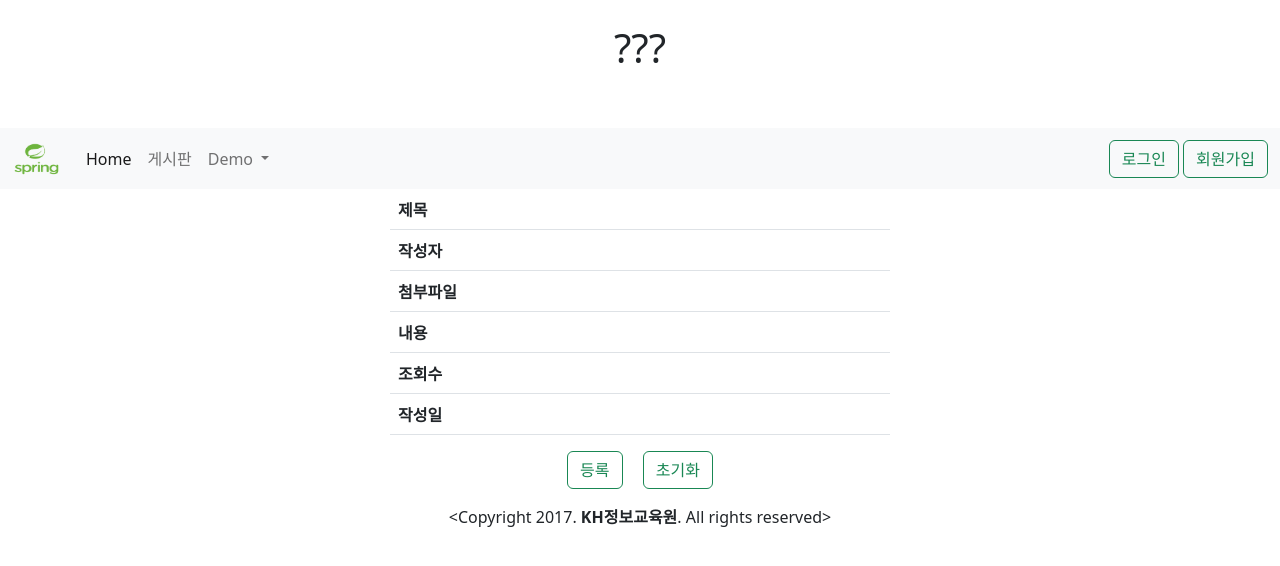
Repository: yerimeee/06_springWork
Page: http://localhost/springProject/WEB-INF/views/board/boardDetail.jsp
These files come from the project's save history. The page is drawn as it stood at one moment and after the next save; the edit follows.
The browser window is 1280 px wide. The pictures show the whole page.
The page is served by Tomcat 9. Nobody is signed in. Other server files are loaded and not shown. The template is opened directly, without the code that normally fills it, so the values that code supplies are empty.

Above is the page before, as saved 2023-06-19 07:06:20.

### springProject/src/main/webapp/WEB-INF/views/board/boardDetail.jsp
<%@ page language="java" contentType="text/html; charset=UTF-8"
    pageEncoding="UTF-8"%>

<style>
	#container{width:500px; margin:auto;}
	th, td{height:30px;}
	input{width:250px;}
	.guide {display:none;}
	.ok {color:green;}
	.error {color:red;}
</style>
<jsp:include page="/WEB-INF/views/common/header.jsp">
	<jsp:param value="글쓰기" name="title"/>
</jsp:include>
	<div id="container">
		<form action="${pageContext.request.contextPath}/board/boardEnroll.bo" method="post" name="enrollfrm" enctype="multipart/form-data">
			<table class="table">
				<tr>
					<th scope="col">제목</th>
					<td scope="col">${board.boardTitle }</td>
				</tr>
				<tr>
					<th scope="col">작성자</th>
					<td scope="col">${board.boardWriter }</td>
				</tr>
				<tr>
					<th scope="col">첨부파일</th>
					<td scope="col">
						${board.originalFilename }
					</td>
				</tr>
				<tr>
					<th scope="col">내용</th>
					<td scope="col">${board.content }</td>
				</tr>
				<tr>
					<th scope="col">조회수</th>
					<td scope="col">${board.count }</td>
				</tr>
				<tr>
					<th scope="col">작성일</th>
					<td scope="col">${board.createDate }</td>
				</tr>
			</table>
			<button class="btn btn-outline-success" type="submit" >등록</button>&emsp;
			<button class="btn btn-outline-success" type="reset">초기화</button>
		</form>
	</div>

<jsp:include page="/WEB-INF/views/common/footer.jsp" />

### springProject/src/main/webapp/WEB-INF/views/common/header.jsp
<%@ page language="java" contentType="text/html; charset=UTF-8"
    pageEncoding="UTF-8"%>
<%@ taglib prefix="c" uri="http://java.sun.com/jsp/jstl/core" %>
<%@ taglib prefix="fmt" uri="http://java.sun.com/jsp/jstl/fmt" %>
<%@ taglib prefix="fn" uri="http://java.sun.com/jsp/jstl/functions" %>
<!DOCTYPE html>
<html>
<head>
<meta charset="UTF-8">

<title>${param.title }</title> <!-- input form은 request. 으로 받고 param으로 들어온 건 param으로 받음 -->

<script src="https://ajax.googleapis.com/ajax/libs/jquery/3.6.3/jquery.min.js"></script>
<link href="https://cdn.jsdelivr.net/npm/bootstrap@5.2.3/dist/css/bootstrap.min.css" rel="stylesheet" integrity="sha384-rbsA2VBKQhggwzxH7pPCaAqO46MgnOM80zW1RWuH61DGLwZJEdK2Kadq2F9CUG65" crossorigin="anonymous">
<link rel="stylesheet" href="${pageContext.request.contextPath}/resources/css/style.css">

<!-- DB에 저장이 잘 되었다면 alert창 띄우기 -->
<c:if test="${not empty msg }">
	<script type="text/javascript">
		alert('${msg}');
	</script>
</c:if>

</head>
<body>
	<script src="https://cdn.jsdelivr.net/npm/bootstrap@5.2.3/dist/js/bootstrap.bundle.min.js" integrity="sha384-kenU1KFdBIe4zVF0s0G1M5b4hcpxyD9F7jL+jjXkk+Q2h455rYXK/7HAuoJl+0I4" crossorigin="anonymous"></script>

	<header>
		<br>
		<h1 align="center">${param.title }</h1>
		<br><br>
		<nav class="navbar navbar-expand-lg bg-light">
		  <div class="container-fluid">
		    <a class="navbar-brand" href="#">
		    	<img src="${pageContext.request.contextPath}/resources/img/spring.png" alt="spring" width="50" height="35">
		    </a>
		    <button class="navbar-toggler" type="button" data-bs-toggle="collapse" data-bs-target="#navbarSupportedContent" aria-controls="navbarSupportedContent" aria-expanded="false" aria-label="Toggle navigation">
		      <span class="navbar-toggler-icon"></span>
		    </button>
		    <div class="collapse navbar-collapse" id="navbarSupportedContent">
		      <ul class="navbar-nav me-auto mb-2 mb-lg-0">
		        <li class="nav-item">
		          <a class="nav-link active" aria-current="page" href="${pageContext.request.contextPath }">Home</a>
		        </li>
		        <li class="nav-item">
		          <a class="nav-link" href="${pageContext.request.contextPath }/board/boardList.bo">게시판</a>
		        </li>
		        <li class="nav-item dropdown">
		          <a class="nav-link dropdown-toggle" href="#" role="button" data-bs-toggle="dropdown" aria-expanded="false">
		            Demo
		          </a>
		          <ul class="dropdown-menu">
		            <li><a class="dropdown-item" href="${pageContext.request.contextPath}/demo/devForm.do">Demo등록</a></li>
		            <li><a class="dropdown-item" href="${pageContext.request.contextPath}/demo/devList.do">Demo목록</a></li>
		          </ul>
		        </li>
		      </ul>
		      <%-- <button class="btn btn-outline-success" type="button" onclick="location.href='${pageContext.request.contextPath}/member/memberLogin.me'">로그인</button>&nbsp;--%>
		      																						<!-- 경로 이렇게 설정하면 get방식이 됨 -->

		    <!-- 로그인이 되어있지 않으면 로그인창 -->
		      <c:if test="${empty loginMember }">
		      	<button class="btn btn-outline-success" type="button"
		      		data-bs-toggle="modal" data-bs-target="#loginModal">로그인</button>&nbsp;
		      	<!-- 토글은 한 번 눌렀으면 보여지고 다시 누르면 안 보이는 기능인데 모달 창에서 버튼을 누르면 다른 모달창으로 넘어갈 수 있게 구현한 것임 -->
		      	<button class="btn btn-outline-success" type="button"
		      		onclick="location.href='${pageContext.request.contextPath}/member/memberEnroll.me'">회원가입</button>
		      	<!-- onclikc locatio.href으로 했으니 get방식이 됨 -->
		      </c:if>

		      <!-- 로그인이 되었으면 -->
		      <c:if test="${not empty loginMember }">
		      	<a href="${pageContext.request.contextPath }/member/memberDetail.me">${loginMember.userName }님 로그인 되었습니다</a>&emsp;
		      	<button class="btn btn-outline-success" type="button"
		      		onclick="location.href='${pageContext.request.contextPath}/member/memberLogout.me'">로그아웃</button>
		      </c:if>
		    </div>
		  </div>
		</nav>

		<!-- 로그인 모달창 -->
		<div class="modal" tabindex="-1" id="loginModal">
		  <div class="modal-dialog">
		    <div class="modal-content">
		      <div class="modal-header">
		        <h5 class="modal-title">로그인</h5>
		        <button type="button" class="btn-close" data-bs-dismiss="modal" aria-label="Close"></button>
		      </div>

		      <form action="${pageContext.request.contextPath }/member/memberLogin.me" method="post">
			      <div class="modal-body">
					<div class="mb-3 row">
						<label for="name" class="col-sm-2 col-form-label">ID</label>
						<div class="col-sm-10">
							<input type="text" class="form-control" name="userId" required>
						</div>
					</div>
						<div class="mb-3 row">
							<label for="career" class="col-sm-2 col-form-label">PW</label>
							<div class="col-sm-10">
								<input type="password" class="form-control" name="userPwd" required>
							</div>
						</div>
			      </div>

		      <div class="modal-footer">
		        <button type="button" class="btn btn-secondary" data-bs-dismiss="modal">닫기</button>
		        <button type="submit" class="btn btn-primary" data-bs-dismiss="modal">로그인</button>
		      </div>
		      </form>
		    </div>
		  </div>
		</div>
	</header>
	<section>

</body>
</html>

### springProject/src/main/webapp/WEB-INF/views/common/footer.jsp
<%@ page language="java" contentType="text/html; charset=UTF-8"
    pageEncoding="UTF-8"%>

	</section>
	<footer>
		<p>&lt;Copyright 2017. <strong>KH정보교육원</strong>. All rights reserved&gt;</p>
	</footer>

	</body>
</html>

### springProject/src/main/webapp/resources/css/style.css
@charset "UTF-8";

h1 {text-align:center;}
section {text-align:center;}
footer {text-align:center;}

After the next save:
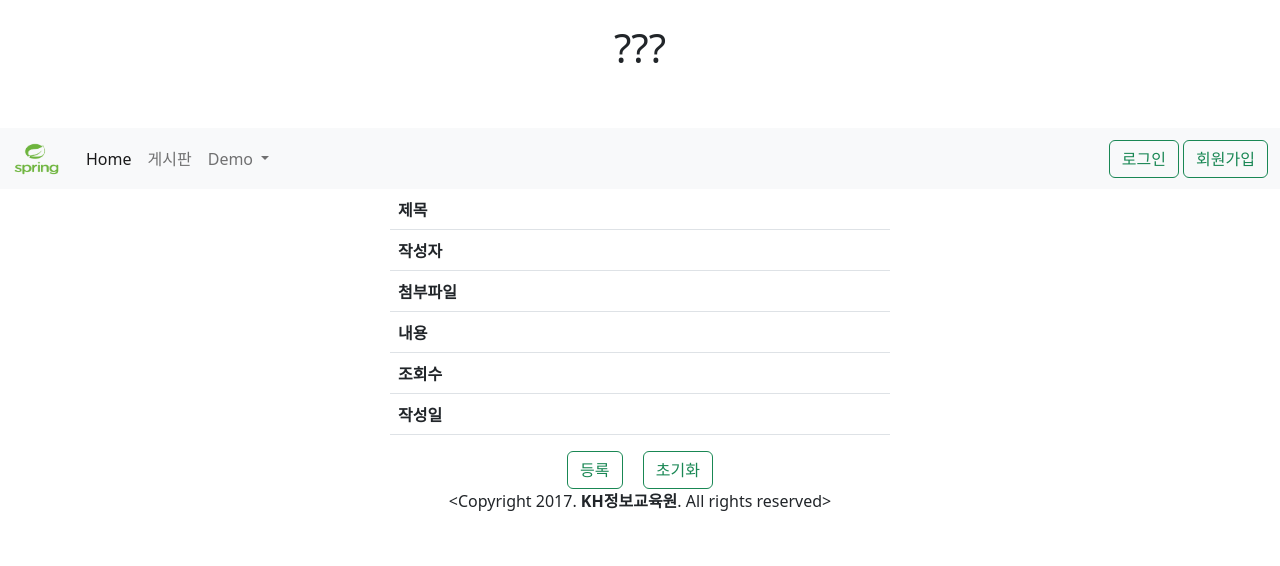
Saved 117 s later.
--- a/springProject/src/main/webapp/WEB-INF/views/board/boardDetail.jsp
+++ b/springProject/src/main/webapp/WEB-INF/views/board/boardDetail.jsp
@@ -13,7 +13,6 @@
 	<jsp:param value="글쓰기" name="title"/>
 </jsp:include>
 	<div id="container">
-		<form action="${pageContext.request.contextPath}/board/boardEnroll.bo" method="post" name="enrollfrm" enctype="multipart/form-data">
 			<table class="table">
 				<tr>
 					<th scope="col">제목</th>
@@ -44,7 +43,6 @@
 			</table>
 			<button class="btn btn-outline-success" type="submit" >등록</button>&emsp;
 			<button class="btn btn-outline-success" type="reset">초기화</button>
-		</form>
 	</div>
 
 <jsp:include page="/WEB-INF/views/common/footer.jsp" />
